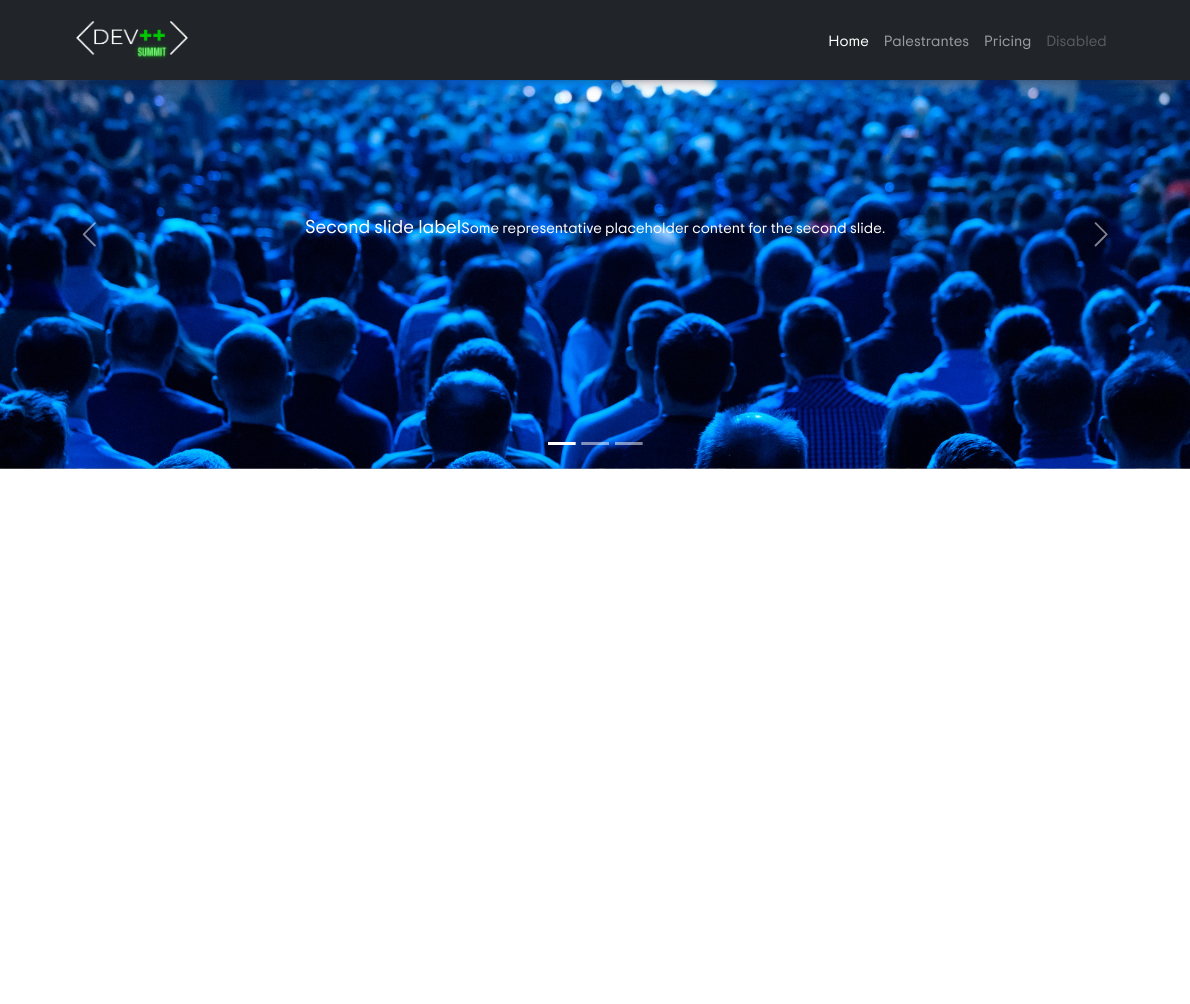
Repository: GScholl/ProjetoWeb_
Page: index.html
The author's editor kept a copy of each file at every save. The page is drawn from the files as they stood at one save, then again after a run of saves.
The browser window is 1280 px wide. The pictures show the whole page, at 93% of full size.

Above is the page before, as saved 2023-08-23 09:45:22.

After the next 2 saves:
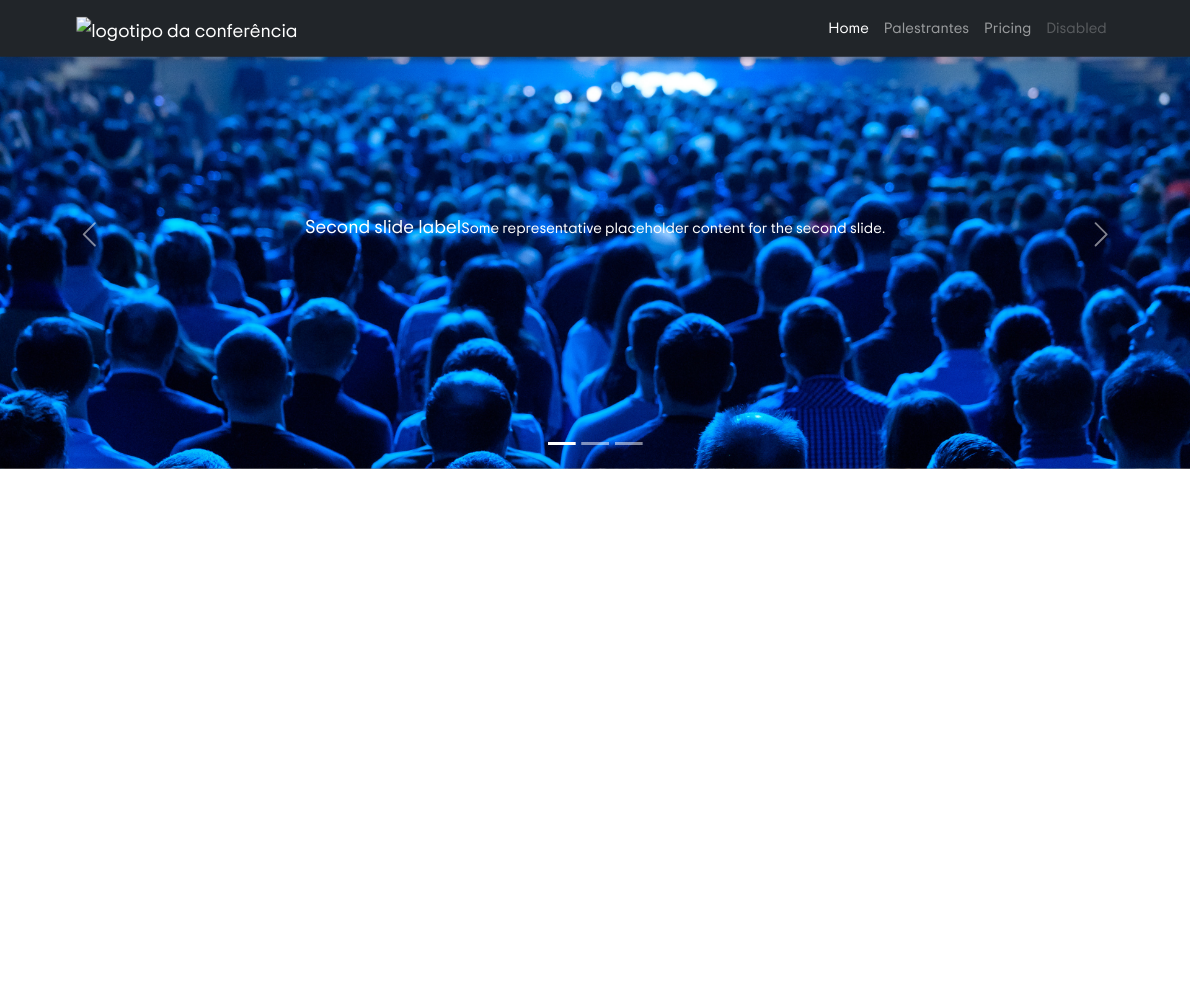
Not found: img/DEV+ (2).png
The 2 saves are shown as one change because they came seconds apart.
The last was saved 18 s later.
--- a/index.html
+++ b/index.html
@@ -14,7 +14,7 @@
     <div class="container d-flex  flex-row  justify-content-between">
 
 
-        <a class="navbar-brand" href="#"><img src="/img/DEV+.png" alt="logotipo da conferência" class="logo"></a>
+        <a class="navbar-brand" href="#"><img src="/img/DEV+ (2).png" alt="logotipo da conferência" class="logo"></a>
         <button class="navbar-toggler" type="button" data-bs-toggle="collapse" data-bs-target="#navbarNav"
           aria-controls="navbarNav" aria-expanded="false" aria-label="Toggle navigation">
           <span class="navbar-toggler-icon"></span>

After the 2 saves that followed:
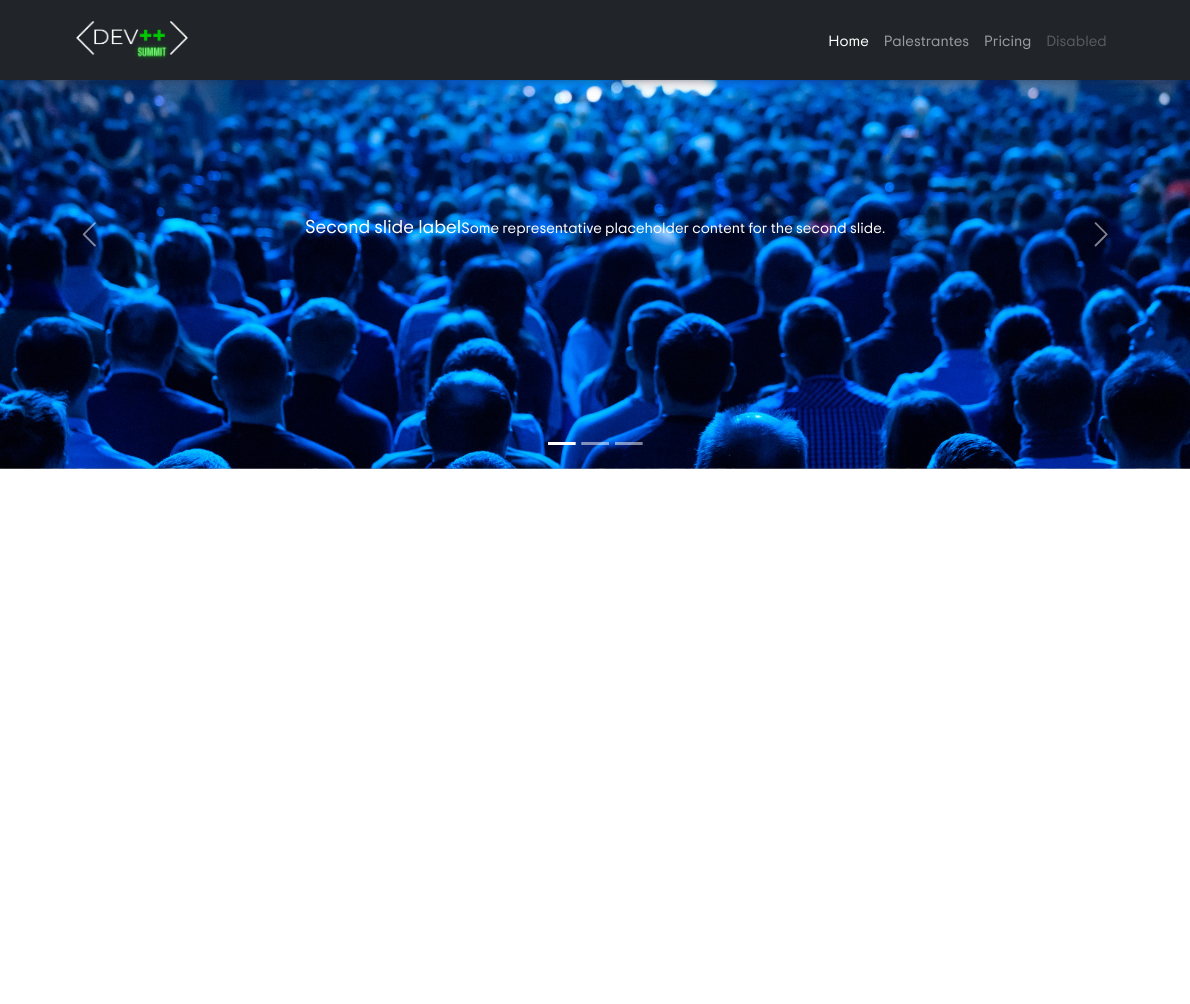
The 2 saves are shown as one change because they came seconds apart.
The last was saved 38 s later.
--- a/index.html
+++ b/index.html
@@ -14,7 +14,7 @@
     <div class="container d-flex  flex-row  justify-content-between">
 
 
-        <a class="navbar-brand" href="#"><img src="/img/DEV+ (2).png" alt="logotipo da conferência" class="logo"></a>
+        <a class="navbar-brand" href="#"><img src="/img/DEV+.png" alt="logotipo da conferência" class="logo"></a>
         <button class="navbar-toggler" type="button" data-bs-toggle="collapse" data-bs-target="#navbarNav"
           aria-controls="navbarNav" aria-expanded="false" aria-label="Toggle navigation">
           <span class="navbar-toggler-icon"></span>
